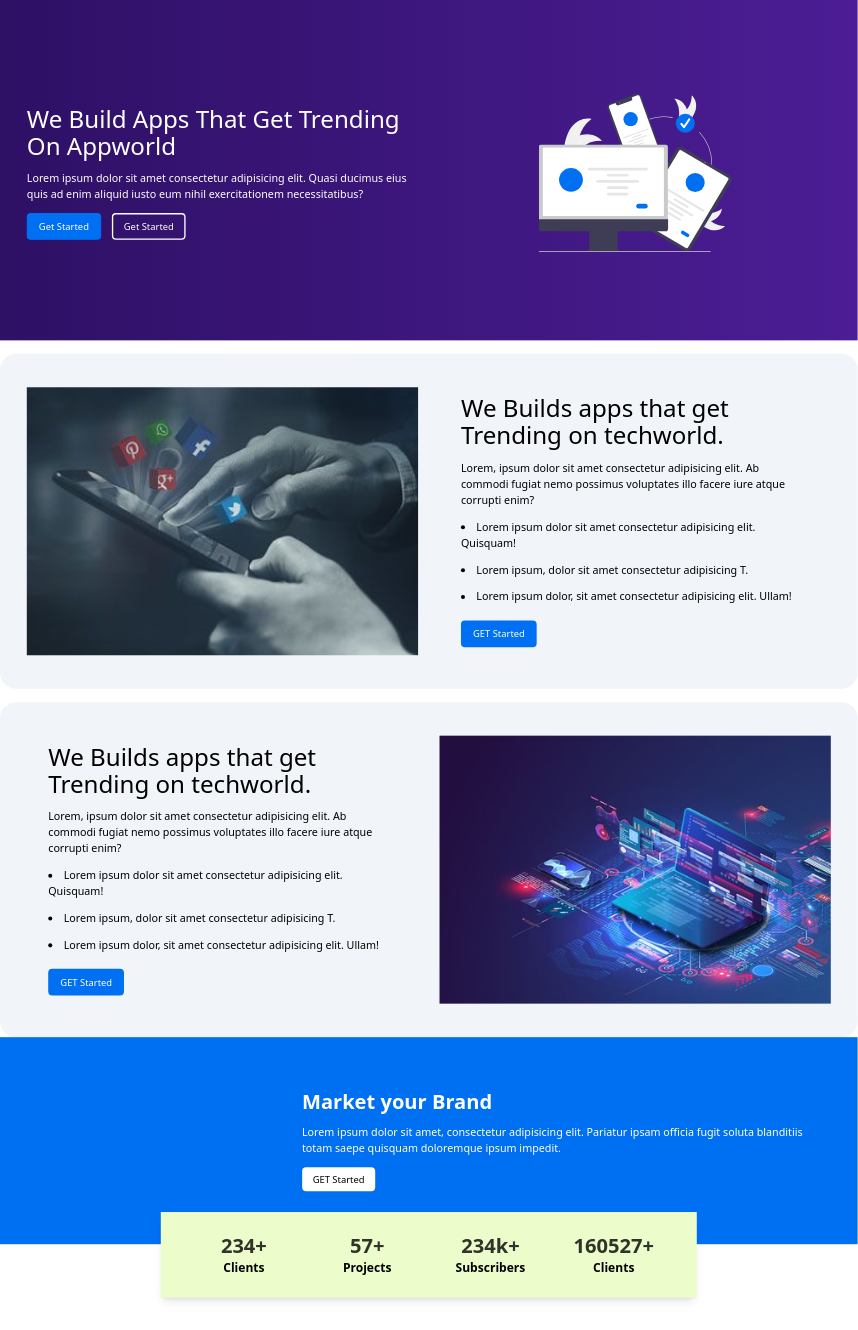
Repository: Kish202/Coz-Marketing-Site
Page: / (app in frontend/)
An editor plug-in stored every save of this project. The page is shown before and after the next save, followed by the edit.
The browser window is 1280 px wide. The pictures show the whole page, at 67% of full size.
Pictures or frames that could not be fetched are drawn as grey boxes. The project was rebuilt for these pictures with package versions that can differ from the ones it lists, and the page was loaded fresh each time. Also part of the build but not shown: frontend/vite.config.js.

Above is the page before, as saved 2025-05-25 11:39:34.

### frontend/src/App.jsx
import { useState } from 'react'
import reactLogo from './assets/react.svg'
import viteLogo from '/vite.svg'
import './App.css'
import Service from './components/Service/Service'
import Hero from './components/Hero/Hero'
import BannerDetails from './components/BannerDetails.jsx/BannerDetails'
import Banner from './components/Banner/Banner'
import Banner1 from "./assets/blog1.jpg";
import Banner2 from "./assets/blog3.jpg";



function App() {
  const [count, setCount] = useState(0)

  return (
<>

<Hero/>
<Banner reverse={true} img={Banner1}/>
<Banner img={Banner2}/>
<BannerDetails/>
   <Service/>

   </>
  )
}

export default App

### frontend/src/components/Service/Service.jsx
import React from 'react'
import CountUp from "react-countup"

const Service =() =>{
  return (
    <section className="container h-12 md:h-32 ">
     <div className="grid grid-cols-4 w-full mx-auto -translate-y-12 divde-x divide-slate-700 place-self-center   bg-lime-100 p-4 shadow-lg dark:bg-violet-800 dark:text-white/70 md:max-w-[800px]  md:p-8">
    <div className="flex flex-col items-center justify-center " >



<h1 className="text-sm font-bold text-black/80 dark:text-white sm:text-lg md:text-3xl">
      <CountUp end={234} suffix="+" duration={2.75}/>

</h1>

<h1 className="sm:text-md  font-bold md:text-lg">
Clients
</h1>




        </div>

        <div className="flex flex-col items-center justify-center">
  <h1 className="text-sm text-black/80 sm:text-lg md:text-3xl dark:text-white font-bold">
  <CountUp end={57} suffix="+" duratiion={2.75}/>  </h1>

    <h1 className="sm:text-md font-bold  md:text-lg">
        Projects

        </h1>
            </div>

    <div className="flex flex-col items-center justify-center" >



        <h1 className=" text-black/80 dark:text-white  sm:text-lg md:text-3xl font-bold">
<CountUp end={234}  suffix="k+" / >
        </h1>
<h1 className="font-bold  sm:text-md text-xs md:text-lg" >
Subscribers
</h1>


            </div>


<div className="flex flex-col items-center justify-center">
<h1 className="text-sm font-bold text-black/80 dark:text-white sm:text-lg md:text-3xl">
<CountUp start={-875.020}
end={160527.012} duration={2.75} separator="" suffix="+" />
</h1>


<h1 className=" sm:text-md  font-bold md:text-lg ">
Clients
</h1>
</div>
</div>
    </section>
  )
}

export default Service

### frontend/src/components/Hero/Hero.jsx
// import React from 'react'
import Banner from "../../assets/thebanner.svg"
// function Hero() {
//   return (
//            <main className="bg-gradient-to-r  from-violet-950 to-violet-900 pt-20 dark:bg-violet-950">

// <section className="container flex h-[650px] flex-col  items-center justify-center md:h-[500px]   ">
// <div className="grid grid-cols-1 items-center gap-8 dark:text-white md:grid-cols-2">



// <div className="flex flex-col items-center gap-4 text-center text-white md:items-start md:text-left">

// <h1 className="text-4xl">
//     We Build the apps that get trending on the appworld.

// </h1>

// <p className=" *:">

// Lorem ipsum dolor sit amet consectetur, adipisicing elit. Neque, itaque!
// Lorem, ipsum dolor sit amet consectetur adipisicing elit. Facere, quibusdam?
// Lorem ipsum dolor sit amet consectetur adipisicing elit. Dolore, cupiditate.

// </p>


// <div className="space-x-4">

//        <button className="rounded-md border-2 border-primary bg-primary px-4 py-2 text-sm text-white transition-colors duration-300 hover:bg-primary/80">
//    GET Started
//     </button>

//        <button className="rounded-md border-2 border-white px-4 py-2 text-sm text-white transition-colors duration-300" >

// Login

//     </button>
// </div>

// </div>

// <div
// data-aos="fade-left"
// data-aos-duration="400"
// data-aos-once="true"

// className="mx-auto max-w-xs p-4">

//     <img src={Banner} alt="No image" className="hover:drop-shadow-md"/>


// </div>


// </div>
// </section>



//         </main>


//   )
// }



// export default Hero






import React from "react";
// import Banner from "../../assets/undraw_real_time_sync_re_nky7.svg";

const Hero = () => {
  return (
    <main className="bg-gradient-to-r from-violet-950 to-violet-900 pt-2 dark:bg-violet-950">
      <section className="container flex h-[650px] flex-col items-center justify-center md:h-[500px] ">
        <div className="grid grid-cols-1 items-center gap-8 dark:text-white md:grid-cols-2">
          <div
            data-aos="fade-right"
            data-aos-duration="700"
            data-aos-once="false"
            className="flex flex-col items-center gap-4 text-center text-white md:items-start md:text-left "
          >
              <h1 className=" text-4xl ">
              We Build Apps That Get Trending On Appworld
            </h1>
            <p className="">
              Lorem ipsum dolor sit amet consectetur adipisicing elit. Quasi
              ducimus eius quis ad enim aliquid iusto eum nihil exercitationem
              necessitatibus?
            </p>
            <div className="space-x-4">
              <button className="rounded-md border-2 border-primary bg-primary px-4 py-2 text-sm text-white transition-colors duration-300 hover:bg-primary/80">
                Get Started
              </button>
              <button className="border-1  rounded-md border-2 border-white px-4 py-2 text-sm text-white transition-colors duration-300 ">
                Get Started
              </button>
            </div>
          </div>
          <div
            data-aos="fade-left"
            data-aos-duration="400"
            data-aos-once="false"
            className="mx-auto max-w-xs p-4"
          >
            <img src={Banner} alt="No image" className="hover:drop-shadow-md" />
          </div>
        </div>
      </section>
    </main>
  );
};

export default Hero;

### frontend/src/components/BannerDetails.jsx/BannerDetails.jsx
import React from 'react'



function BannerDetails() {
  return (
    <main className="bg-primary">

        <section className="container py-8 md:py-12">


            <div className="grid grid-cols-1 items-center gap-4 sm:text-ellipsis md:grid-cols-3 md:gap-8">
<div className="order-2 flex flex-col items-center gap-4 text-center text-white md:col-span-2 md:items-start md:text-left">
<h1 className="text-3xl font-bold">
    Market your Brand

</h1>
<p className="">
Lorem ipsum dolor sit amet, consectetur adipisicing elit. Pariatur
 ipsam officia fugit soluta blanditiis totam saepe quisquam doloremque
 ipsum impedit.
</p>
<button className="rounded-md bg-white px-4 py-2 text-sm text-black transition-colors duration-300 hover:bg-white/60 ">
GET Started
</button>
</div>
<div  className="order-1">
<iframe
className="aspect-video w-full"
src="https://www.youtube.com/watch?v=esaioTgia4Q&list=PPSV"
title="Youtube Video Player" frameborder="0" allow="accelerometer; autoplay; clipboard-write; encrypted-media; gyroscope; picture-in-picture; web-share allowfullscreen"></iframe>


</div>

            </div>



        </section>

    </main>
  )
}

export default BannerDetails

### frontend/src/components/Banner/Banner.jsx
import React from 'react'
import Bannerimg from "../../assets/blog2.jpg";


function Banner({reverse, img}) {
return (
    <section>
     <main   className="bg-slate-100 dark:bg-slate-900 dark:text-white mt-5 rounded-3xl">
     <section className="container flex flex-col items-center justify-center py-10 md:h-[500px] ">


        <div className="grid grid-cols-1 items-center gap-8 md:grid-cols-2">

 <div
 data-aos="fade-right"
 data-aos-duration="600"
 data-aos-once="false"
data-aos-delay="100"


 className={`flex flex-col items-start gap-4 text-left md:p-8 ${reverse ? "md:order-last": ""}`}>
 <h1 className="text-2xl md:text-4xl">
     We Builds apps that get Trending on techworld.

        </h1>


        <p classname="text-sm text-slate-600 dark:text-slate-400">
            Lorem, ipsum dolor sit amet consectetur adipisicing elit. Ab commodi fugiat nemo
            possimus voluptates
             illo facere iure atque corrupti enim?
            </p>



    <div>

            <ul className="flex list-inside flex-start  list-disc flex-col gap-2 md:gap-4">

                     <li className="font-medium ">
Lorem ipsum dolor sit amet consectetur adipisicing elit. Quisquam!
                    </li>
<li className="font-medium">Lorem ipsum, dolor sit amet consectetur adipisicing T.</li>

                    <li className="font-medium" >
Lorem ipsum dolor, sit amet consectetur adipisicing elit. Ullam!
                    </li>
            </ul>
    </div>
        <div className="space-x-4 mt-2">

            <button className="rounded-md border-2 border-primary bg-primary px-4 py-2 text-sm text-white duration-300 hover:bg-primary/90">
GET Started
            </button>
    </div>
    </div>

 <div
 data-aos="fade-left"
 data-aos-duration="600"
 data-aos-once="false"
 data-aos-delay="200"
 data-aos-mirror="true"
 className={reverse?"order-1":""}>
    <img
    src={img}
    alt="no image"
    className="mx-auto w-full h-[400px] object-cover hover:drop-shadow-md"
    />
    </div>

            </div>

            </section>
            </main>
    </section>
)
}

export default Banner

### frontend/tailwind.config.js
/** @type {import('tailwindcss').Config} */
export default {
  content: ["./index.html", "./src/**/*.{js,ts,jsx,tsx}"],
  darkMode: "class",
  theme: {
    extend: {
      screens: {
        xs: "480px",
      },
      colors: {
        primary: "#0070f3",
      },
    },

    container: {
      center: true,
      padding: {
        DEFAULT: "20px",
        md: "40px",
      },
    },
  },
  plugins: [],
};

Loaded but not shown: frontend/index.html (common file); frontend/src/main.jsx (common file); frontend/src/index.css (common file); frontend/src/App.css (common file)

After the next save:
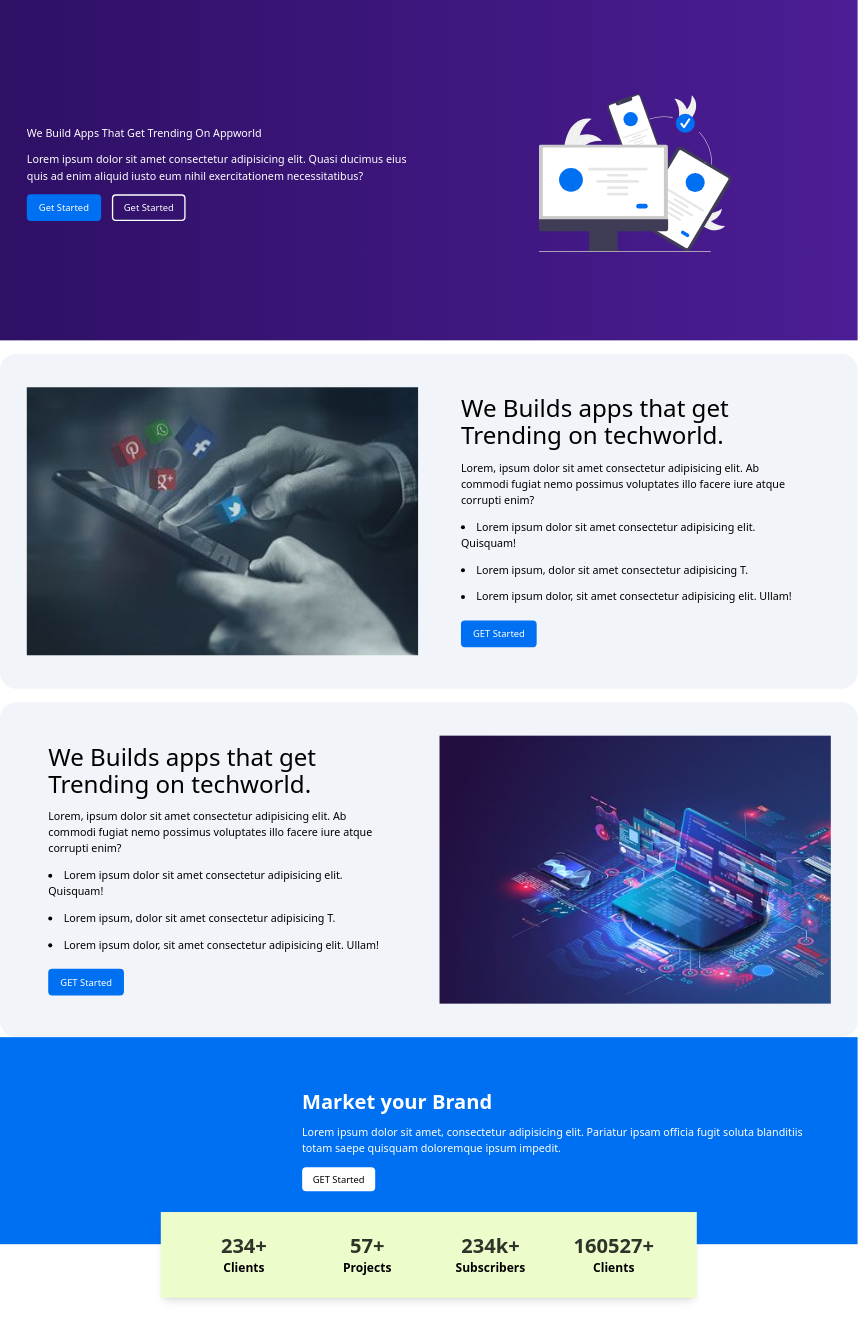
Saved 5 s later.
--- a/frontend/src/components/Hero/Hero.jsx
+++ b/frontend/src/components/Hero/Hero.jsx
@@ -87,7 +87,7 @@ const Hero = () => {
             data-aos-once="false"
             className="flex flex-col items-center gap-4 text-center text-white md:items-start md:text-left "
           >
-              <h1 className=" text-4xl ">
+              <h1 className=" text- ">
               We Build Apps That Get Trending On Appworld
             </h1>
             <p className="">
